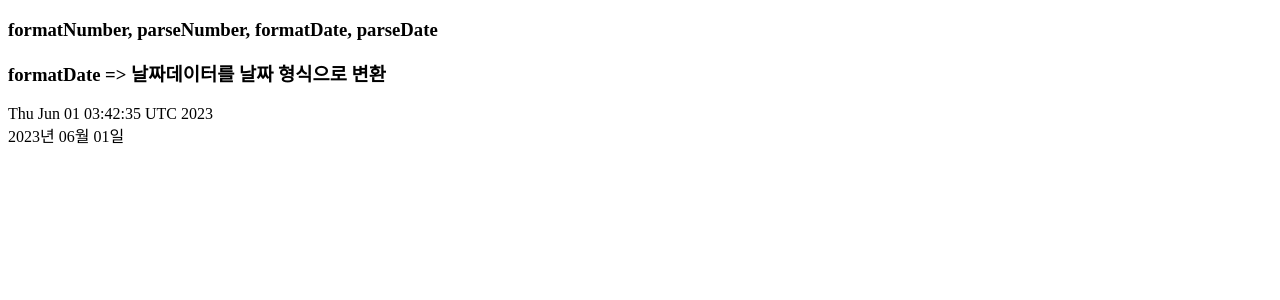
Repository: sun2898/JSP
Page: http://localhost/JSPBasic/JSTL/jstl_fmt.jsp
These files come from the project's save history. The page is drawn as it stood at one moment and after the next save; the edit follows.
The browser window is 1280 px wide. The pictures show the whole page.
The page is served by Tomcat 9.

Above is the page before, as saved 2023-06-07 06:20:43.

After the next save:
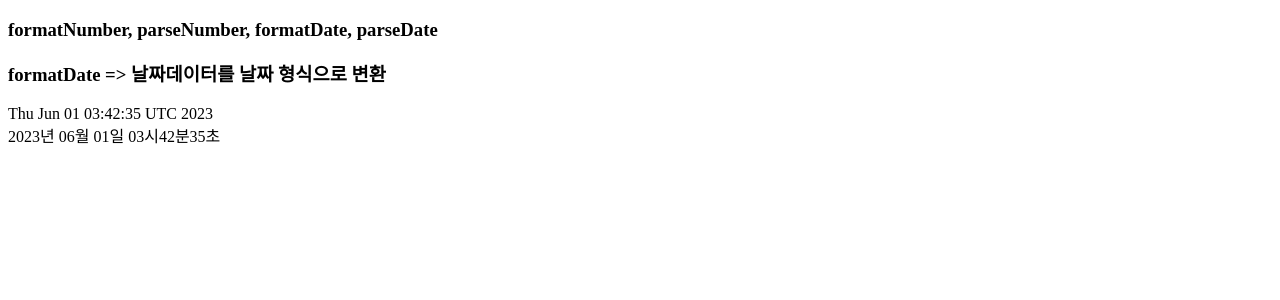
Saved 28 s later.
--- a/JSPBasic/src/main/webapp/JSTL/jstl_fmt.jsp
+++ b/JSPBasic/src/main/webapp/JSTL/jstl_fmt.jsp
@@ -29,7 +29,7 @@
 
 	${a } <!-- Wed Jun 07 15:19:02 KST 2023 -->
 	<br>
-	<fmt:formatDate value="${a }" pattern="yyyy년 MM월 dd일"/>
+	<fmt:formatDate value="${a }" pattern="yyyy년 MM월 dd일 HH시mm분ss초"/>
 
 </body>
 </html>
